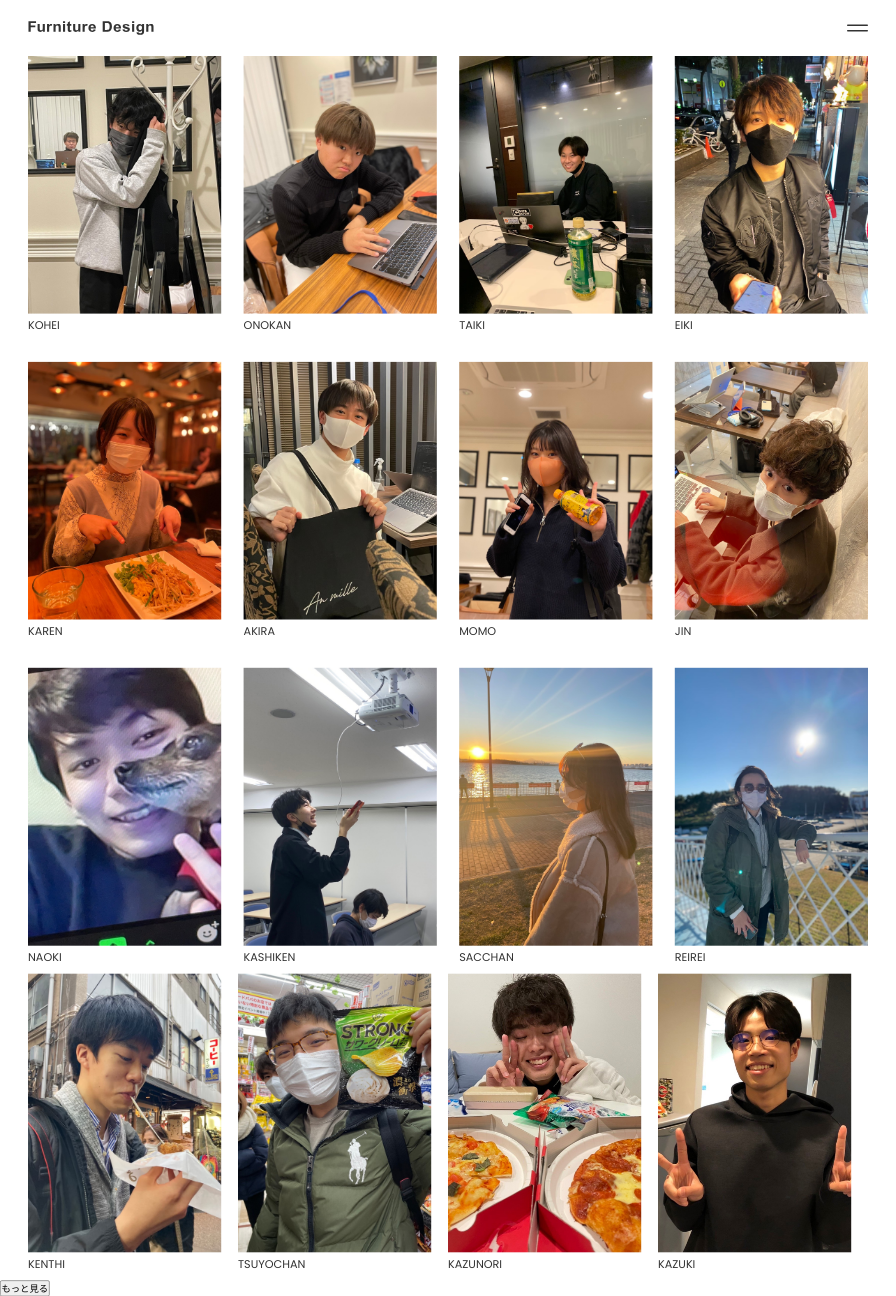
Repository: kohei23n/tenfeet
Page: index.html
The author's editor kept a copy of each file at every save. The page is drawn from the files as they stood at one save, then again after a run of saves.
The browser window is 1280 px wide. The pictures show the whole page, at 70% of full size.

Above is the page before, as saved 2022-02-09 01:29:41.

After the next 2 saves:
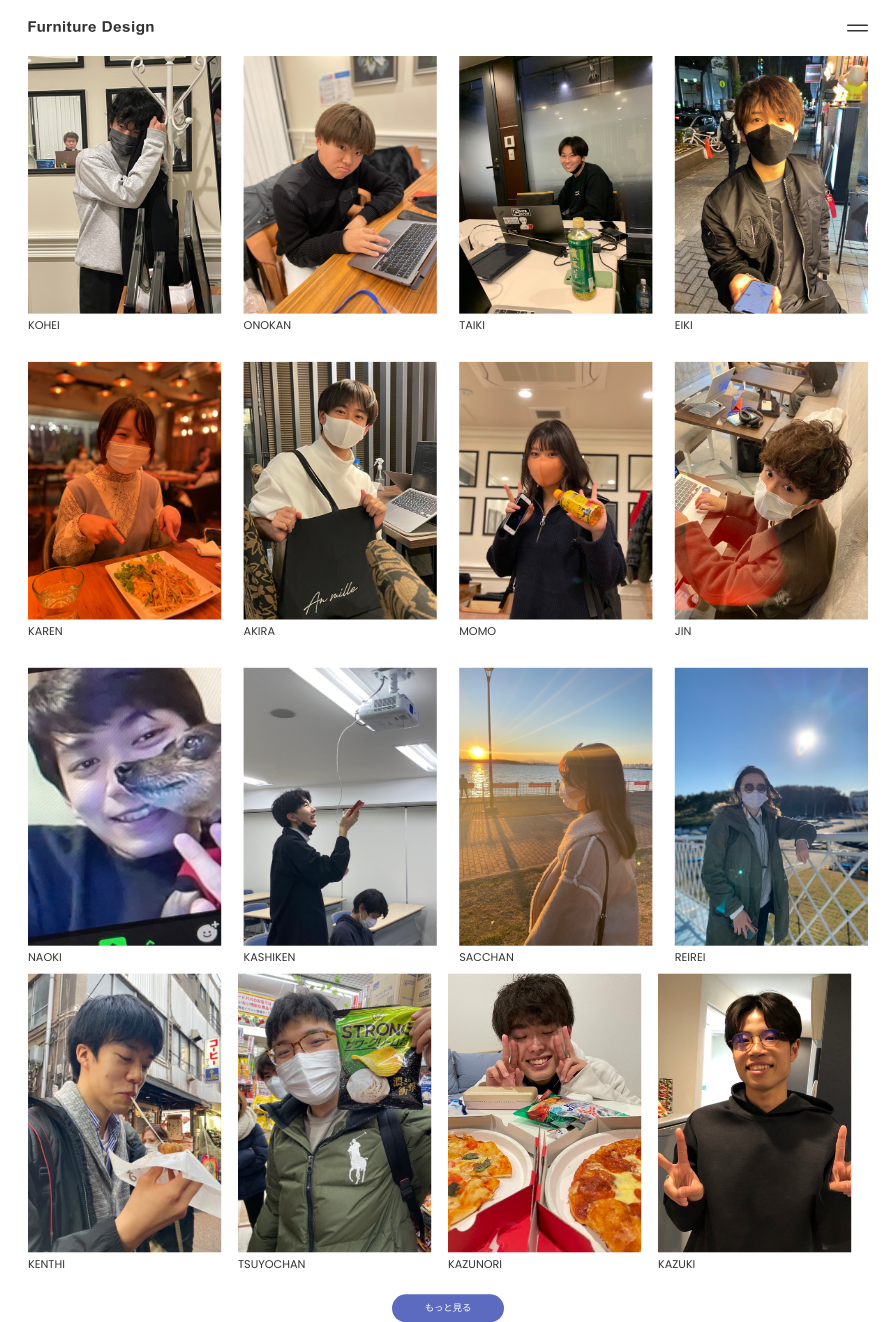
The 2 saves are shown as one change because they came seconds apart.
The last was saved 60 s later.
--- a/style.css
+++ b/style.css
@@ -181,3 +181,26 @@ img {
   height: 100%;
   object-fit: cover;
 }
+
+.list li.is-hidden {
+  visibility: hidden;
+  opacity: 0;
+  height: 0;
+  margin: 0 10px;
+  padding:0;
+}
+.more {
+  text-align: center;
+  margin-top: 20px;
+}
+button {
+  background-color: #5C6BC0;
+  border: none;
+  cursor: pointer;
+  outline: none;
+  color:#fff;
+  padding: 0;
+  line-height: 40px;
+  width: 160px;
+  border-radius: 20px;
+}
